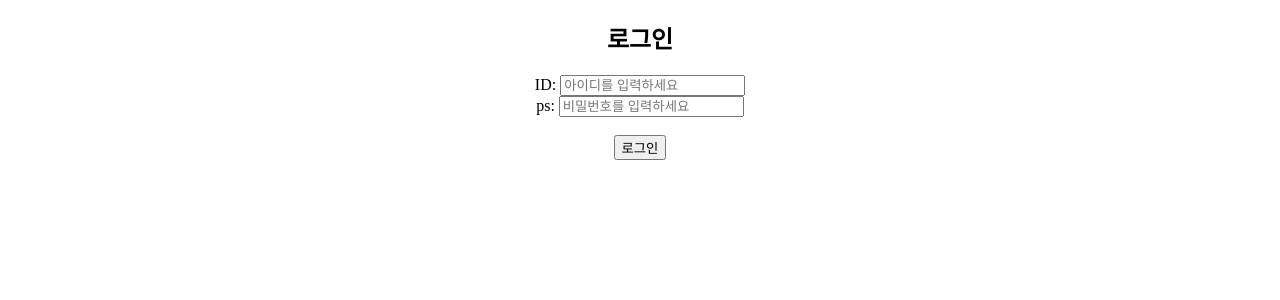
Repository: umhayun/myJSP
Page: HTML/src/main/webapp/login.html
These files come from the project's save history. The page is drawn as it stood at one moment and after the next save; the edit follows.
The browser window is 1280 px wide. The pictures show the whole page.

Above is the page before, as saved 2022-01-18 01:14:08.

### HTML/src/main/webapp/login.html
<!DOCTYPE html>
<html>
<head>
<meta charset="UTF-8">
<title>Insert title here</title>
</head>
<body>
<span align=center>
<form action="">
<h2>로그인</h2>
ID: <input type=text placeholder="아이디를 입력하세요">
<br>
ps: <input type=passward placeholder="비밀번호를 입력하세요">
<br>
<br>
<input type=submit value="로그인">
</form>
</span>
</body>
</html>

After the next save:
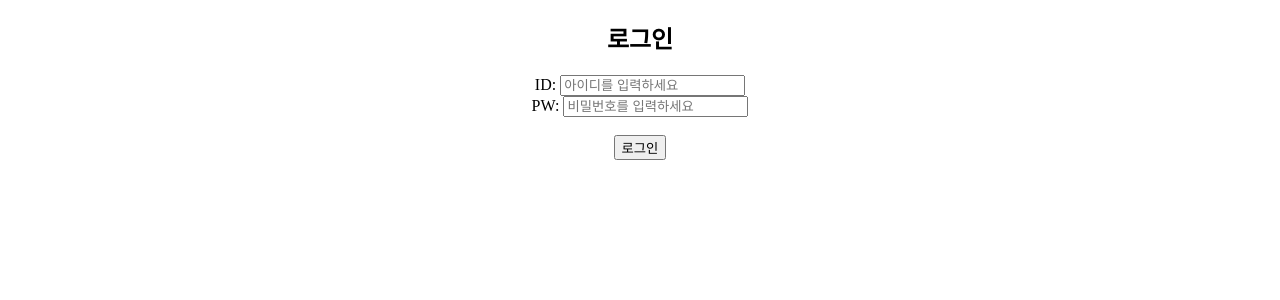
Saved 70 s later.
--- a/HTML/src/main/webapp/login.html
+++ b/HTML/src/main/webapp/login.html
@@ -10,7 +10,7 @@
 <h2>로그인</h2>
 ID: <input type=text placeholder="아이디를 입력하세요">
 <br>
-ps: <input type=passward placeholder="비밀번호를 입력하세요">
+PW: <input type=passward placeholder="비밀번호를 입력하세요">
 <br>
 <br>
 <input type=submit value="로그인">
